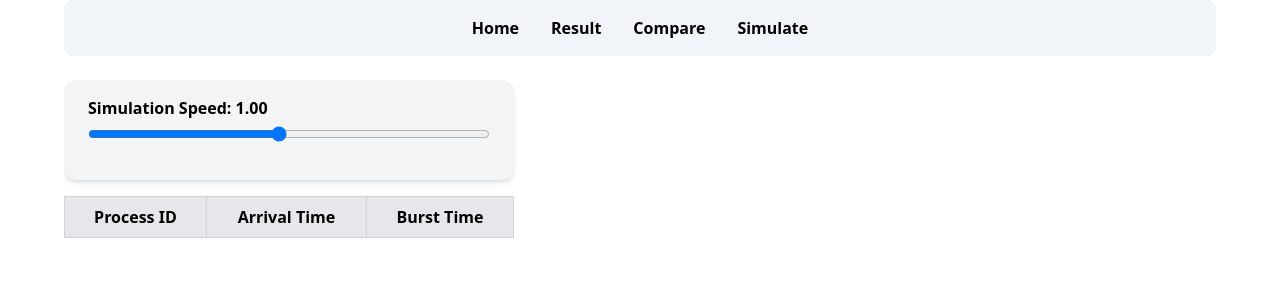
Repository: ujjwalkathait/Process_Scheduler
Page: /simulate
An editor plug-in stored every save of this project. The page is shown before and after the next save, followed by the edit.
The browser window is 1280 px wide. The pictures show the whole page.
The project was rebuilt for these pictures with package versions that can differ from the ones it lists, and the page was loaded fresh each time. Also part of the build but not shown: vite.config.js, src/components/CompareAlgorithmsChart.jsx, src/components/GanttChart.jsx, src/components/GanttChartTable.jsx, src/helpers/ComputeStatistics.js, src/algorithms/FCFS.js, src/algorithms/SJF.js, src/algorithms/Priority.js and 15 more.

Above is the page before, as saved 2025-05-16 09:02:06.

### index.html
<!doctype html>
<html lang="en">
  <head>
    <meta charset="UTF-8" />
    <link rel="icon" type="image/svg+xml" href="./src/assets/scheduling_favicon.jpeg" />
    <meta name="viewport" content="width=device-width, initial-scale=1.0" />
    <title>CPU Scheduling Algorithms Visualization</title>
  </head>
  <body>
    <div id="root"></div>
    <script type="module" src="/src/main.jsx"></script>
  </body>
</html>

### src/main.jsx
import ReactDOM from 'react-dom/client';
import { BrowserRouter } from 'react-router-dom';
import App from './App';
import React from 'react';
import './index.css';

ReactDOM.createRoot(document.getElementById('root')).render(
  <React.StrictMode>
    <App />
  </React.StrictMode>,
)

### src/App.jsx
import React, { useState } from 'react';
import { ToastContainer } from 'react-toastify';
import 'react-toastify/dist/ReactToastify.css';
import Compare from './pages/Compare';
import Home from './pages/Home';
import Result from './pages/Result';
import { Link, Route, BrowserRouter as Router, Routes } from 'react-router-dom';
import { ProcessProvider } from './context/ProcessContext';
import Simulate from './pages/Simulate';

function App() {

  return (
    <ProcessProvider>
      <Router>
        <div className="overflow-x-hidden mx-[5%] mb-[1rem]">
          <nav className="flex justify-center gap-8 p-4 bg-slate-100 rounded-lg">
            <Link to="/" className="font-semibold hover:underline">Home</Link>
            <Link to="/result" className="font-semibold hover:underline">Result</Link>
            <Link to="/compare" className="font-semibold hover:underline">Compare</Link>
            <Link to="/simulate" className="font-semibold hover:underline">Simulate</Link>
          </nav>
          <ToastContainer />
          <Routes>
            <Route path="/" element={<Home />} />
            <Route path="/result" element={<Result />} />
            <Route path="/compare" element={<Compare />} />
            <Route path="/simulate" element={<Simulate />} />

          </Routes>
        </div>
      </Router>
    </ProcessProvider>
  );
}

export default App

### src/index.css
@tailwind base;
@tailwind components;
@tailwind utilities;

input[type="number"] {
  @apply border border-gray-300 rounded-md;
  width: 100%;
  text-align: center;
  font-size: 1.1rem;
}

input[type="radio"] {
  @apply border border-gray-300 rounded-md;
  text-align: center;
  width: 30px;
  margin-top: 0.7rem;
}

.simulate {
  /* background: rgb(49,151,168); */
  letter-spacing: 0.15rem;
  font-weight: 900;
  font-size: 1rem;
}

.reset {
  letter-spacing: 0.08rem;
}

### src/context/ProcessContext.jsx
import React, { createContext, useState } from 'react';

export const ProcessContext = createContext();

export const ProcessProvider = ({ children }) => {
  const [arrivalTime, setArrivalTime] = useState();
  const [burstTime, setBurstTime] = useState();
  const [processId, setProcessID] = useState(1);
  const [processes, setProcesses] = useState([]);
  const [newProcesses, setUpdatedProcesses] = useState([]);
  const [updatedProcesses, setAnotherUpdatedProcesses] = useState([]);
  const [selectedAlgorithm, setSelectedAlgorithm] = useState(0);
  const [priority, setPriority] = useState();
  const [executed, setExecuted] = useState(false);
  const [statisticsData, setStatisticsData] = useState([]);

  const value = {
    arrivalTime,
    burstTime,
    processId,
    processes,
    newProcesses,
    updatedProcesses,
    selectedAlgorithm,
    priority,
    executed,
    statisticsData,
    setArrivalTime,
    setBurstTime,
    setProcessID,
    setProcesses,
    setUpdatedProcesses,
    setAnotherUpdatedProcesses,
    setSelectedAlgorithm,
    setPriority,
    setExecuted,
    setStatisticsData
  };

  return (
    <ProcessContext.Provider value={value}>
      {children}
    </ProcessContext.Provider>
  );
};

### src/pages/Simulate.jsx
import React, { useContext, useState } from 'react';
import { ProcessContext } from '../context/ProcessContext';
import InputTable from '../components/InputTable';
import SimulationControls from '../components/SimulationControls';

export default function Simulate() {
  const {
      processes,
      selectedAlgorithm,
    } = useContext(ProcessContext);
  const [simulationSpeed, setSimulationSpeed] = useState(1.0);
  const [timeQuantum, setTimeQuantum] = useState();

  const handleSimulate = () => { /* start simulation logic */ };
  const handlePause = () => { /* pause simulation logic */ };
  const handleForward = () => { /* forward step logic */ };
  const handleBack = () => { /* backward step logic */ };
  const handleExit = () => { /* cleanup / reset logic */ };

  return (
    <div className="w-full bg-white my-6 flex flex-row gap-10">
      <div className="space-y-4 col-span-1">
        <SimulationControls
          simulationSpeed={simulationSpeed}
          setSimulationSpeed={setSimulationSpeed}
          timeQuantum={timeQuantum}
          setTimeQuantum={setTimeQuantum}
          selectedAlgorithm={selectedAlgorithm}
        />
        <InputTable
          processes={processes}
          selectedAlgorithm={selectedAlgorithm}
        />
        {/* <ReadyQueue /> */}
        {/* <div className="space-y-2">
          <CPUStatus status="Idle" algorithm={selectedAlgorithm} />
          <StatsPanel stats={statisticsData} />
        </div> */}
      </div>

      {/* Right Panel */}
      {/* <div className="col-span-2 space-y-4">
        <NavigationButtons />
        <ProcessList />
        <GanttChart />
      </div> */}
    </div>
  );
}

### src/components/InputTable.jsx
import React from 'react'

const InputTable = ({selectedAlgorithm , processes}) => {
    let usesPriority = (selectedAlgorithm === 3 || selectedAlgorithm === 4 || selectedAlgorithm === 7);
  return (
    <table className="w-full border-collapse border border-gray-300 text-center">
        <thead>
            <tr className="bg-gray-200">
            <th className="border border-gray-300 px-4 py-2">Process ID</th>
            <th className="border border-gray-300 px-4 py-2">Arrival Time</th>
            <th className="border border-gray-300 px-4 py-2">Burst Time</th>
            {usesPriority && (
                <th className="border border-gray-300 px-4 py-2">Priority</th>
            )}
            </tr>
        </thead>
        <tbody>
            {processes.map((process, index) => (
                <tr key={process.processId} className="bg-white">
                    <td className="border border-gray-300 px-4 py-2">P{index+1}</td>
                    <td className="border border-gray-300 px-4 py-2">{process.arrivalTime}</td>
                    <td className="border border-gray-300 px-4 py-2">{process.burstTime}</td>
                    {usesPriority && (
                    <td className="border border-gray-300 px-4 py-2">{process.priority}</td>
                    )}
                </tr>
            ))}
        </tbody>
    </table>
  )
}

export default InputTable

### src/components/SimulationControls.jsx
import React, { useState } from 'react';

const SimulateControls = ({
  simulationSpeed,
  setSimulationSpeed,
  timeQuantum,
  setTimeQuantum,
    selectedAlgorithm,
//   onSimulate,
//   onPause,
//   onForward,
//   onBack,
//   onExit,
}) => {
    let usesPriority = (selectedAlgorithm === 6 || selectedAlgorithm === 7);
  return (
    <div className="bg-gray-100 w-[450px] px-6 py-4 rounded-xl shadow-md">

      {/* Simulation Speed Slider */}
      <div className="mb-4">
        <label className="block font-semibold mb-1">Simulation Speed: {simulationSpeed.toFixed(2)}</label>
        <input
          type="range"
          min="0.1"
          max="2.0"
          step="0.01"
          value={simulationSpeed}
          onChange={(e) => setSimulationSpeed(parseFloat(e.target.value))}
          className="w-full"
        />
      </div>

      {/* Quantum Time Input */}
      {usesPriority && (
        <div className="mb-4">
            <label className="block font-semibold mb-1">Quantum Time:</label>
            <input
            type="number"
            min="1"
            value={timeQuantum}
            onChange={(e) => setTimeQuantum(Number(e.target.value))}
            className="w-full p-2 border rounded"
            />
        </div>
      )}

      {/* Buttons */}
      {/* <div className="grid grid-cols-3 gap-4 mt-4">
        <button onClick={onPause} className="bg-yellow-600 hover:bg-yellow-700 text-white font-bold py-2 rounded">
          Pause
        </button>
        <button onClick={onBack} className="bg-gray-500 hover:bg-gray-600 text-white font-bold py-2 rounded">
          Back
        </button>
        <button onClick={onSimulate} className="bg-green-600 hover:bg-green-700 text-white font-bold py-2 rounded">
          Simulate
        </button>
        <button onClick={onForward} className="bg-blue-600 hover:bg-blue-700 text-white font-bold py-2 rounded">
          Forward
        </button>
        <button onClick={onExit} className="bg-red-600 hover:bg-red-700 text-white font-bold py-2 rounded col-span-2">
          Exit
        </button>
      </div> */}
    </div>
  );
};

export default SimulateControls;

Loaded but not shown: tailwind.config.js (common file)

After the next save:
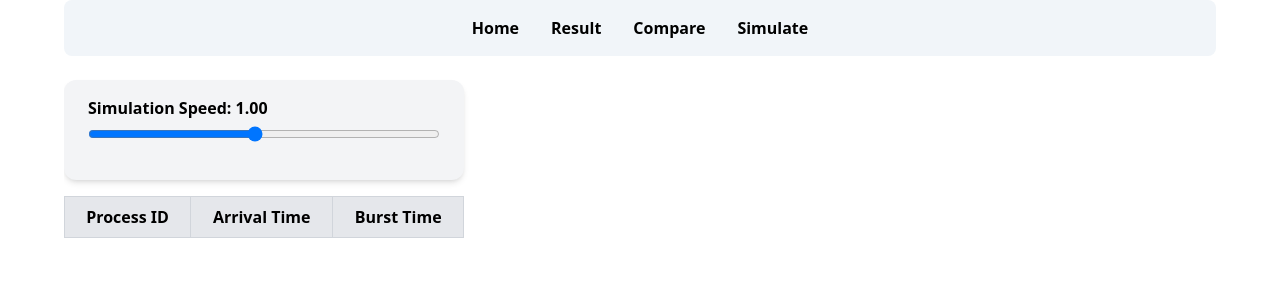
Saved 4 min 3 s later.
--- a/src/components/SimulationControls.jsx
+++ b/src/components/SimulationControls.jsx
@@ -14,7 +14,7 @@ const SimulateControls = ({
 }) => {
     let usesPriority = (selectedAlgorithm === 6 || selectedAlgorithm === 7);
   return (
-    <div className="bg-gray-100 w-[450px] px-6 py-4 rounded-xl shadow-md">
+    <div className="bg-gray-100 w-[400px] px-6 py-4 rounded-xl shadow-md">
 
       {/* Simulation Speed Slider */}
       <div className="mb-4">
